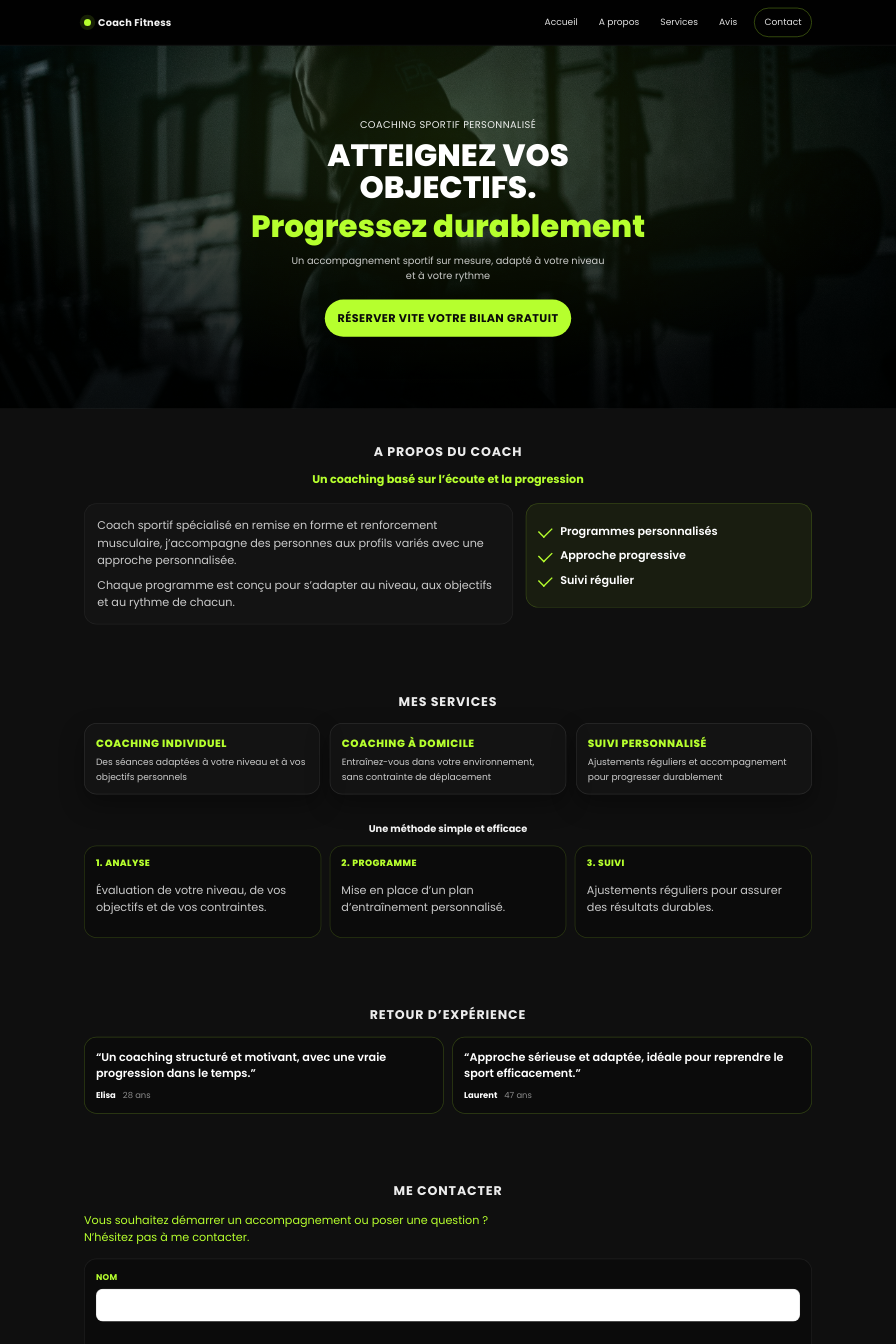
Repository: ThomasHdrd/CoachFitness
Page: index.html
The author's editor kept a copy of each file at every save. The page is drawn from the files as they stood at one save, then again after the next save.
The browser window is 1280 px wide. The pictures show the part of the page from y = 0 to 1920 px (the page is 2987 px tall), at 70% of full size.

Above is the page before, as saved 2026-01-20 21:49:15.

After the next save:
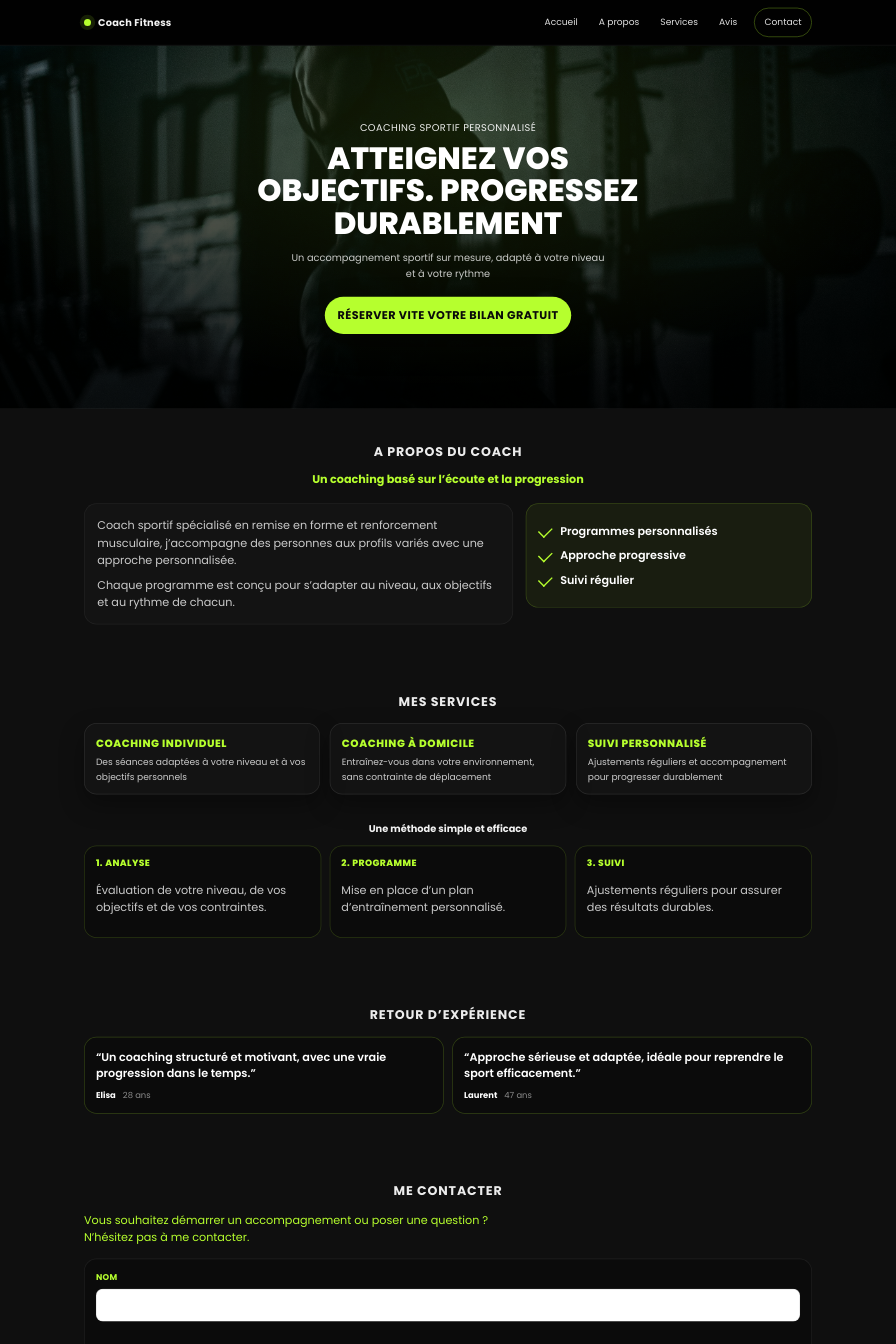
Saved 81 s later.
--- a/index.html
+++ b/index.html
@@ -43,8 +43,7 @@
       <div class="container hero-content">
         <p class="hero-kicker">Coaching sportif personnalisé</p>
         <h1 class="hero-title">
-          Atteignez vos objectifs.
-          <span class="accent">Progressez durablement</span>
+          Atteignez vos objectifs. Progressez durablement
         </h1>
         <p class="hero-subtitle">
           Un accompagnement sportif sur mesure, adapté à votre niveau et à votre rythme
